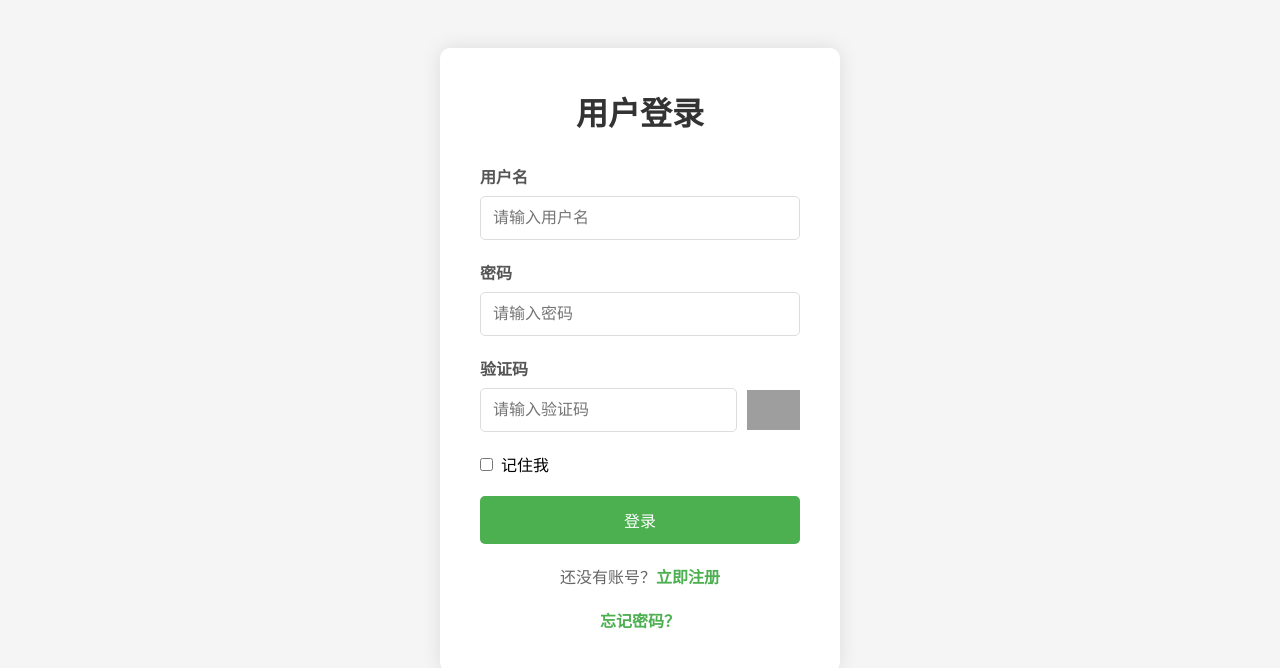
Repository: Jiege005/mytest-software-project
Page: mytest/WebContent/login.html
The author's editor kept a copy of each file at every save. The page is drawn from the files as they stood at one save, then again after the next save.
The browser window is 1280 px wide. The pictures show the whole page.
Pictures or frames that could not be fetched are drawn as grey boxes.

Above is the page before, as saved 2025-06-18 13:47:07.

### mytest/WebContent/login.html
<!DOCTYPE html>
<html lang="zh-CN">
<head>
    <meta charset="UTF-8">
    <meta name="viewport" content="width=device-width, initial-scale=1.0">
    <title>用户登录</title>
    <style>
        * {
            margin: 0;
            padding: 0;
            box-sizing: border-box;
            font-family: 'Arial', sans-serif;
        }

        body {
            background-color: #f5f5f5;
            display: flex;
            justify-content: center;
            align-items: center;
            min-height: 100vh;
        }

        .container {
            width: 100%;
            max-width: 400px;
            background: #fff;
            border-radius: 10px;
            box-shadow: 0 0 20px rgba(0, 0, 0, 0.1);
            overflow: hidden;
        }

        .form-container {
            padding: 40px;
        }

        h1 {
            text-align: center;
            margin-bottom: 30px;
            color: #333;
        }

        .form-group {
            margin-bottom: 20px;
        }

        .form-group label {
            display: block;
            margin-bottom: 8px;
            color: #555;
            font-weight: bold;
        }

        .form-group input {
            width: 100%;
            padding: 12px;
            border: 1px solid #ddd;
            border-radius: 5px;
            font-size: 16px;
            transition: border 0.3s;
        }

        .form-group input:focus {
            border-color: #4CAF50;
            outline: none;
        }

        .btn {
            width: 100%;
            padding: 12px;
            background-color: #4CAF50;
            color: white;
            border: none;
            border-radius: 5px;
            font-size: 16px;
            cursor: pointer;
            transition: background-color 0.3s;
        }

        .btn:hover {
            background-color: #45a049;
        }

        .switch-form {
            text-align: center;
            margin-top: 20px;
            color: #666;
        }

        .switch-form a {
            color: #4CAF50;
            text-decoration: none;
            font-weight: bold;
        }

        .switch-form a:hover {
            text-decoration: underline;
        }

        .remember-me {
            display: flex;
            align-items: center;
            margin-bottom: 20px;
        }

        .remember-me input {
            margin-right: 8px;
        }
    </style>
</head>
<body>
    <div class="container">
        <div class="form-container">
            <h1>用户登录</h1>
            <form action="/login" method="POST">
                <div class="form-group">
                    <label for="username">用户名</label>
                    <input type="text" id="username" name="username" placeholder="请输入用户名" required>
                </div>
                <div class="form-group">
                    <label for="password">密码</label>
                    <input type="password" id="password" name="password" placeholder="请输入密码" required>
                </div>
                <div class="form-group">
				    <label for="captcha">验证码</label>
				    <div style="display: flex; align-items: center; gap: 10px;">
				        <input type="text" id="captcha" name="captcha" placeholder="请输入验证码" required
				               style="flex: 1; min-width: 0;">
				        <img src="/captcha" alt="验证码" id="captcha-image"
				             style="height: 40px; cursor: pointer;"
				             onclick="refreshCaptcha()">
				    </div>
				</div>
                <div class="remember-me">
                    <input type="checkbox" id="remember" name="remember">
                    <label for="remember">记住我</label>
                </div>
                <button type="submit" class="btn">登录</button>
            </form>
            <div class="switch-form">
                还没有账号？<a href="register.html">立即注册</a>
            </div>
            <div class="switch-form">
                <a href="forgot-password.html">忘记密码？</a>
            </div>
        </div>
    </div>
	<script>
	    // 刷新验证码
	    function refreshCaptcha() {
	        document.getElementById('captcha-image').src = '/captcha?t=' + new Date().getTime();
	    }

	    // 页面加载时初始化验证码
	    window.onload = function() {
	        refreshCaptcha();
	    };
	</script>
</body>
</html>

After the next save:
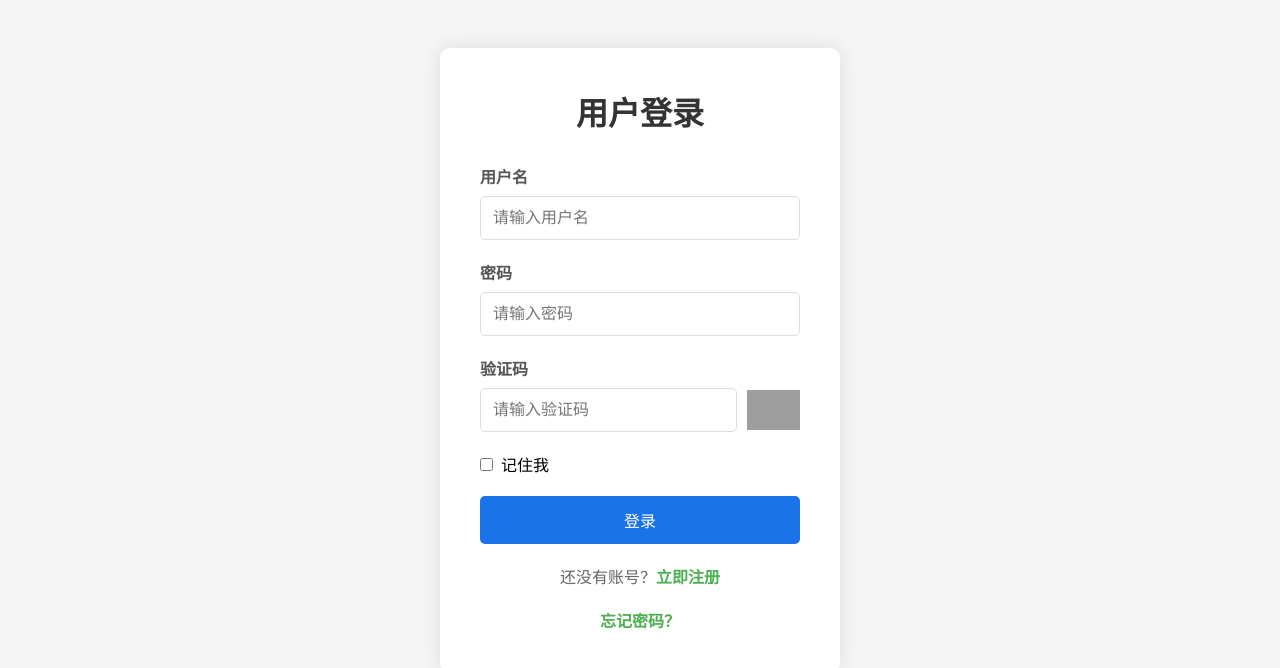
Saved 2 min 42 s later.
--- a/mytest/WebContent/login.html
+++ b/mytest/WebContent/login.html
@@ -67,7 +67,7 @@
         .btn {
             width: 100%;
             padding: 12px;
-            background-color: #4CAF50;
+            background-color: #1a73e8;
             color: white;
             border: none;
             border-radius: 5px;
